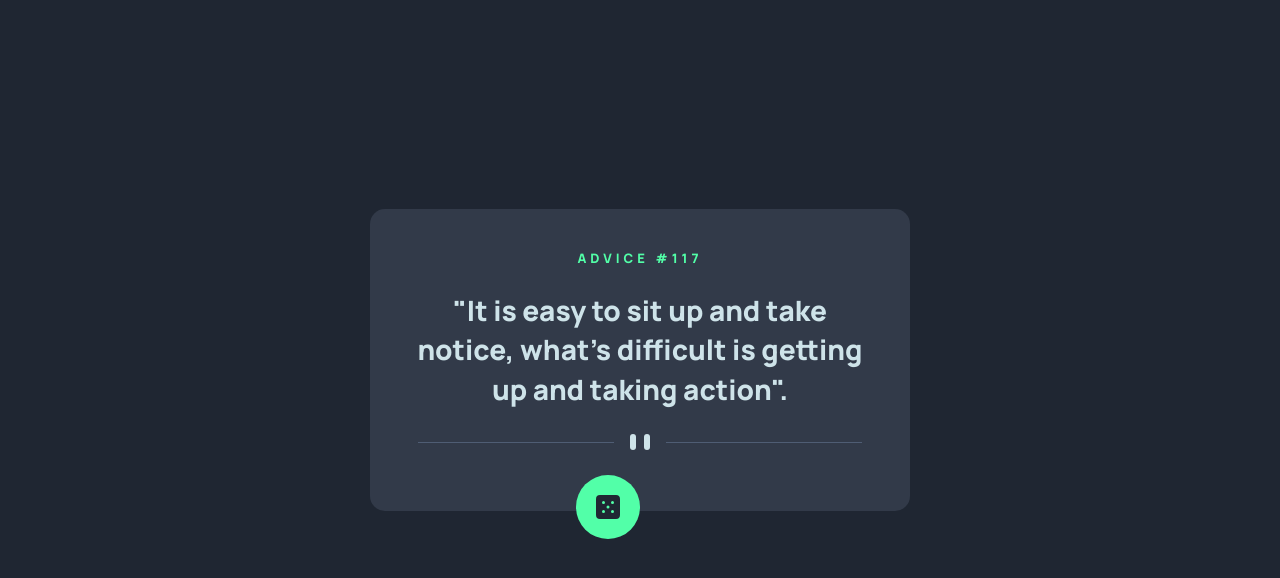
Repository: Daki-builds/advice-generator-app
Page: index.html
An editor plug-in stored every save of this project. The page is shown before and after the next save, followed by the edit.
The browser window is 1280 px wide. The pictures show the whole page.

Above is the page before, as saved 2026-10-08 19:40:31.

### index.html
<!DOCTYPE html>
<html lang="en">

<head>
  <meta charset="UTF-8">
  <meta name="viewport" content="width=device-width, initial-scale=1.0">
  <link rel="icon" type="image/png" sizes="32x32" href="./images/favicon-32x32.png">
  <link rel="preconnect" href="https://fonts.googleapis.com">
  <link rel="preconnect" href="https://fonts.gstatic.com" crossorigin>
  <link href="https://fonts.googleapis.com/css2?family=Manrope:wght@800&display=swap" rel="stylesheet">
  <link rel="stylesheet" href="style.css">
  <title>Frontend Mentor | Advice generator app</title>

</head>

<body>
  <main class="container">
    <h1>Advice #<span id="advice-id">117</span></h1>
    <p id="adviceText">"It is easy to sit up and take notice, what's difficult is getting up and taking action".</p>
    <div class="img-divider">
      <img src="./images/pattern-divider-desktop.svg" alt="divider">
    </div>
    <button id="adviceBtn"><img src="./images/icon-dice.svg" alt="dice">
    </button>
  </main>
</body>

</html>

### style.css
* {
  margin: 0;
  padding: 0;
  box-sizing: border-box;
}

:root {
  --blue-200: hsl(193, 38%, 86%);
  --green-300: hsl(150, 100%, 66%);
  --blue-600: hsl(217, 19%, 38%);
  --blue-900: hsl(217, 19%, 24%);
  --blue-950: hsl(218, 23%, 16%);

  --font-family: "Manrope", sans-serif;
  --font-weight: 800;
  --font-size: 28px;
}

body {
  font-family: var(--font-family);
  font-weight: var(--font-weight);
  background-color: var(--blue-950);
  color: var(--blue-200);
  display: flex;
  justify-content: center;
  padding: 24px;
  align-items: center;
  min-height: 100vh;
}

.container {
  position: relative;
  background-color: var(--blue-900);
  display: flex;
  flex-direction: column;
  align-items: center;
  gap: 24px;
  padding: 40px 24px 56px;
  width: 100%;
  max-width: 540px;
  border-radius: 15px;
  text-align: center;
}

h1 {
  font-size: 13px;
  letter-spacing: 4px;
  text-transform: uppercase;
  color: var(--green-300);
}

p {
  font-size: var(--font-size);
  line-height: 1.4;
  width: 96%;
  color: var(--blue-200);
}

.img-divider img {
  width: 100%;
}

button {
  position: absolute;
  bottom: -28px;
  /* left: 50%; */
  transform: translateX(-50%);

  display: flex;
  justify-content: center;
  align-items: center;

  width: 64px;
  height: 64px;
  border: none;
  border-radius: 50%;
  background-color: var(--green-300);
  cursor: pointer;
  transition: box-shadow 0.2s;
}

button:hover,
button:focus-visible {
  box-shadow: 0 0 30px var(--green-300);
}

button:disabled {
  opacity: 0.6;
  cursor: not-allowed;
}

After the next save:
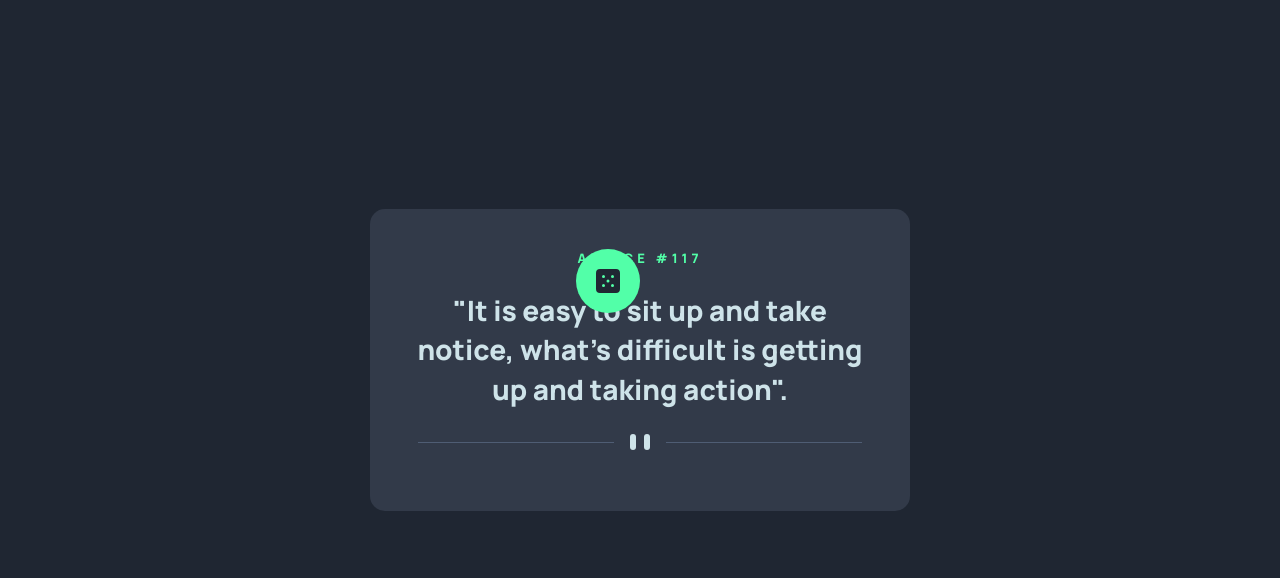
Saved 17 s later.
--- a/style.css
+++ b/style.css
@@ -62,7 +62,7 @@ p {
 
 button {
   position: absolute;
-  bottom: -28px;
+  bottom: -10;
   /* left: 50%; */
   transform: translateX(-50%);
 
